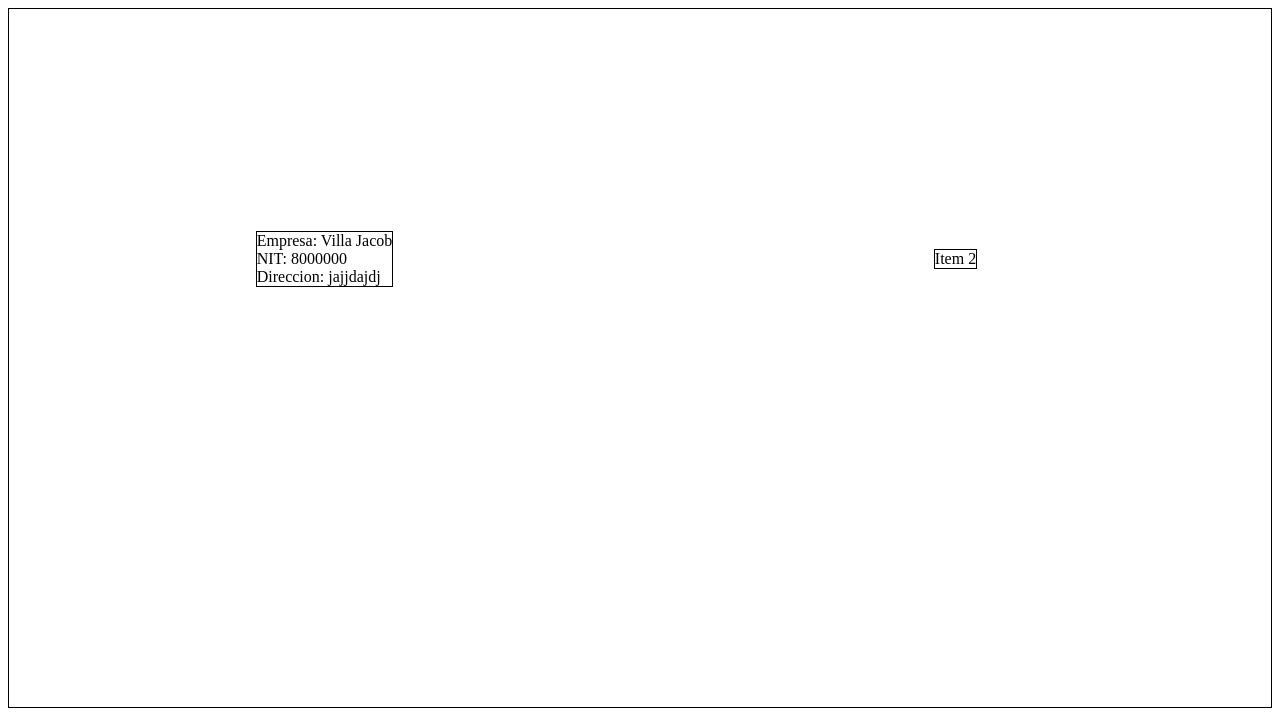
Repository: MrVanQish/FacturaEstructura
Page: index.html
These files come from the project's save history. The page is drawn as it stood at one moment and after a run of saves; the edit follows.
The browser window is 1280 px wide. The pictures show the whole page.

Above is the page before, as saved 2021-09-29 09:05:48.

After the next 2 saves:
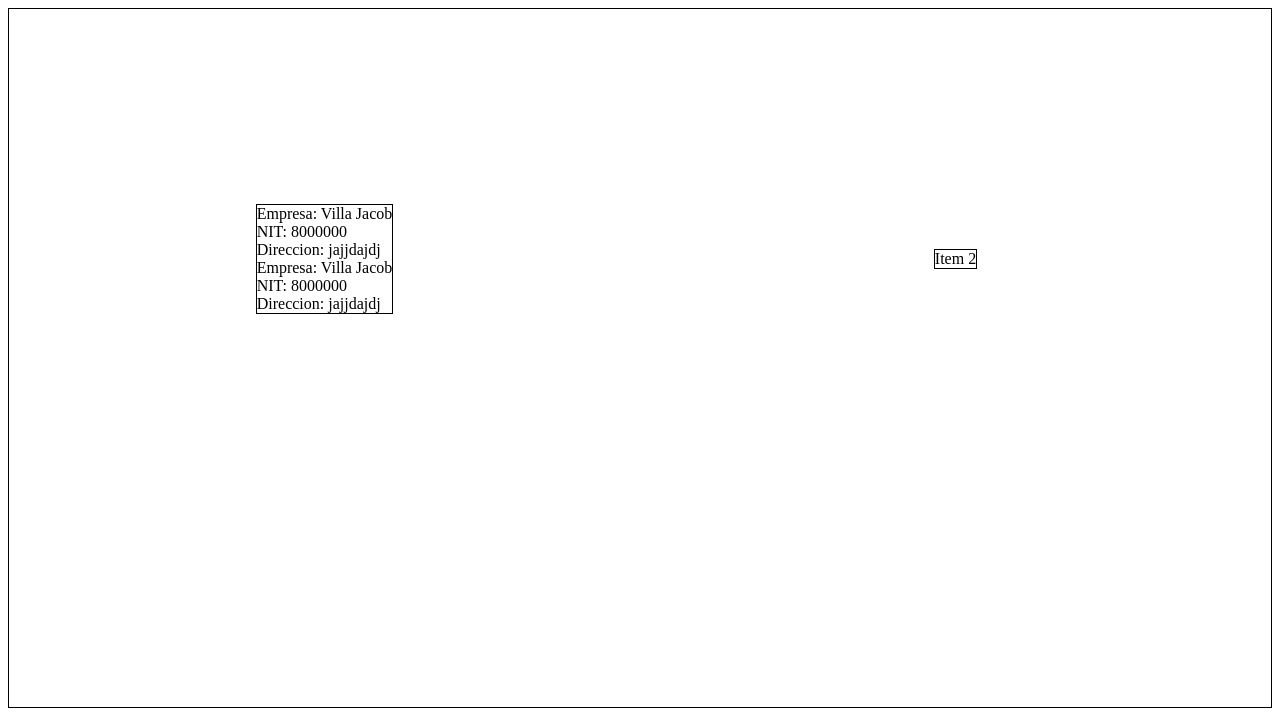
The 2 saves are shown as one change because they came seconds apart.
The last was saved 24 s later.
--- a/index.html
+++ b/index.html
@@ -20,6 +20,16 @@
                     Direccion: jajjdajdj
                 </div>
             </div >
+
+            <div class="head-f">
+                <div class="infoEmpresa-f">
+                    Empresa: Villa Jacob
+                    <br>
+                    NIT: 8000000
+                    <br>
+                    Direccion: jajjdajdj
+                </div>
+            </div >
                 <!-- //t -->
             <div class="body-f">
 

After the save that followed:
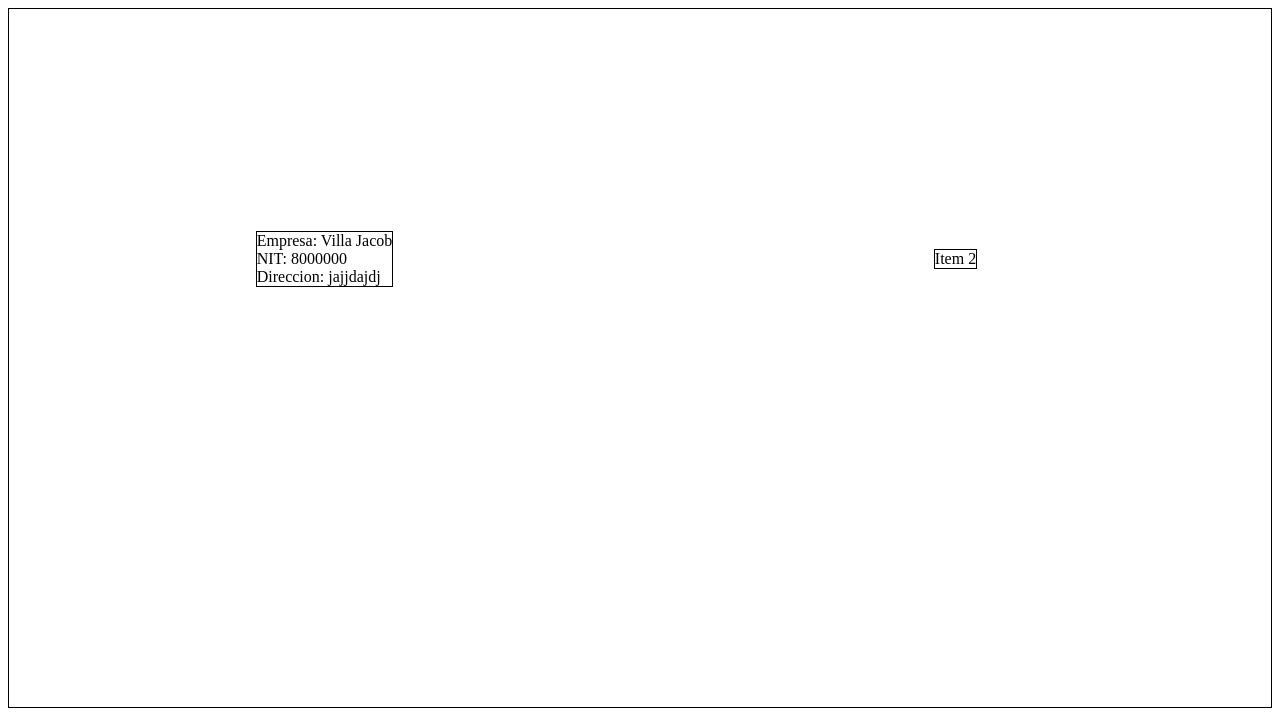
Saved 4 s later.
--- a/index.html
+++ b/index.html
@@ -21,15 +21,6 @@
                 </div>
             </div >
 
-            <div class="head-f">
-                <div class="infoEmpresa-f">
-                    Empresa: Villa Jacob
-                    <br>
-                    NIT: 8000000
-                    <br>
-                    Direccion: jajjdajdj
-                </div>
-            </div >
                 <!-- //t -->
             <div class="body-f">
 
